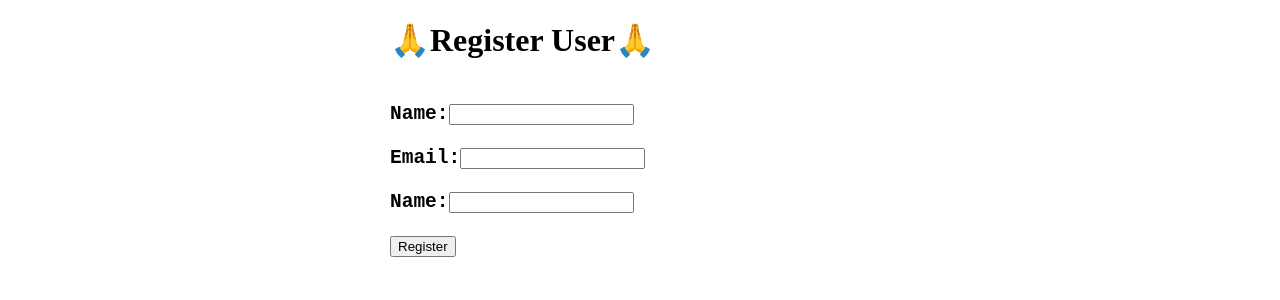
Repository: mhaskenita/Web_Base_Java
Page: http://localhost/Flight_reservation/register.jsp
An editor plug-in stored every save of this project. The page is shown before and after the next save, followed by the edit.
The browser window is 1280 px wide. The pictures show the whole page.
The page is served by Tomcat 10.

Above is the page before, as saved 2025-04-21 13:59:09.

After the next save:
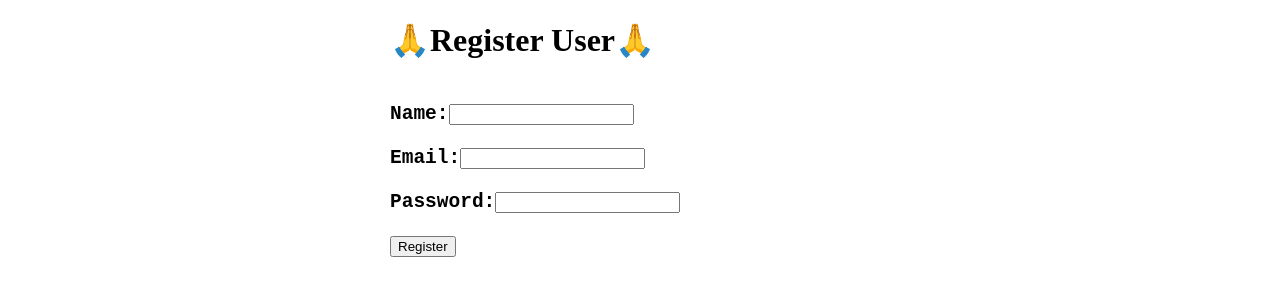
Saved 115 s later.
--- a/Flight_reservation/src/main/webapp/register.jsp
+++ b/Flight_reservation/src/main/webapp/register.jsp
@@ -22,7 +22,7 @@
 <h2>
 Name:<input type="text" name="name"><br>
 Email:<input type="text" name="email"><br>
-Name:<input type="text" name="password"><br>
+Password:<input type="text" name="password"><br>
 <input type="submit" value="Register">
 </h2>
 </pre>
